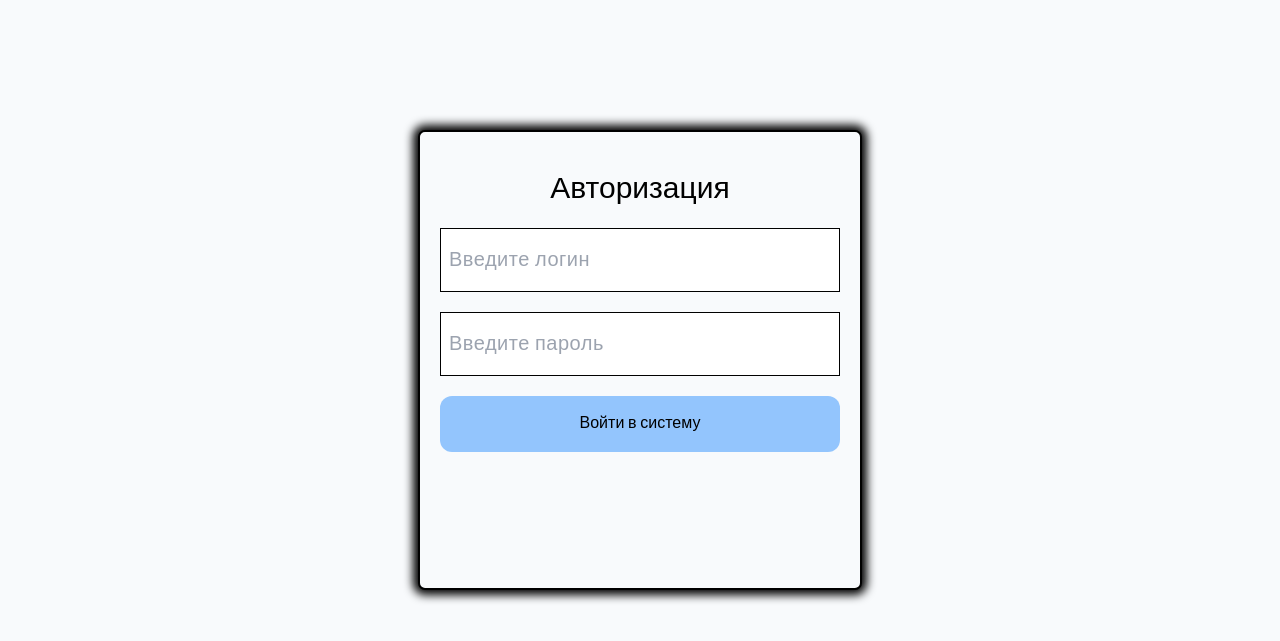
Repository: AlearvickOne/CartridgesApp
Page: /
An editor plug-in stored every save of this project. The page is shown before and after the next save, followed by the edit.
The browser window is 1280 px wide. The pictures show the whole page.
The page's requests for data from a server got no answer. The project was rebuilt for these pictures with package versions that can differ from the ones it lists, and the page was loaded fresh each time. The framework's server and built-in components were replaced by stand-ins that run in the browser. No one was signed in, and anything a server would have sent is missing. Also part of the build but not shown: next.config.mjs.

Above is the page before, as saved 2024-04-19 16:01:13.

After the next save:
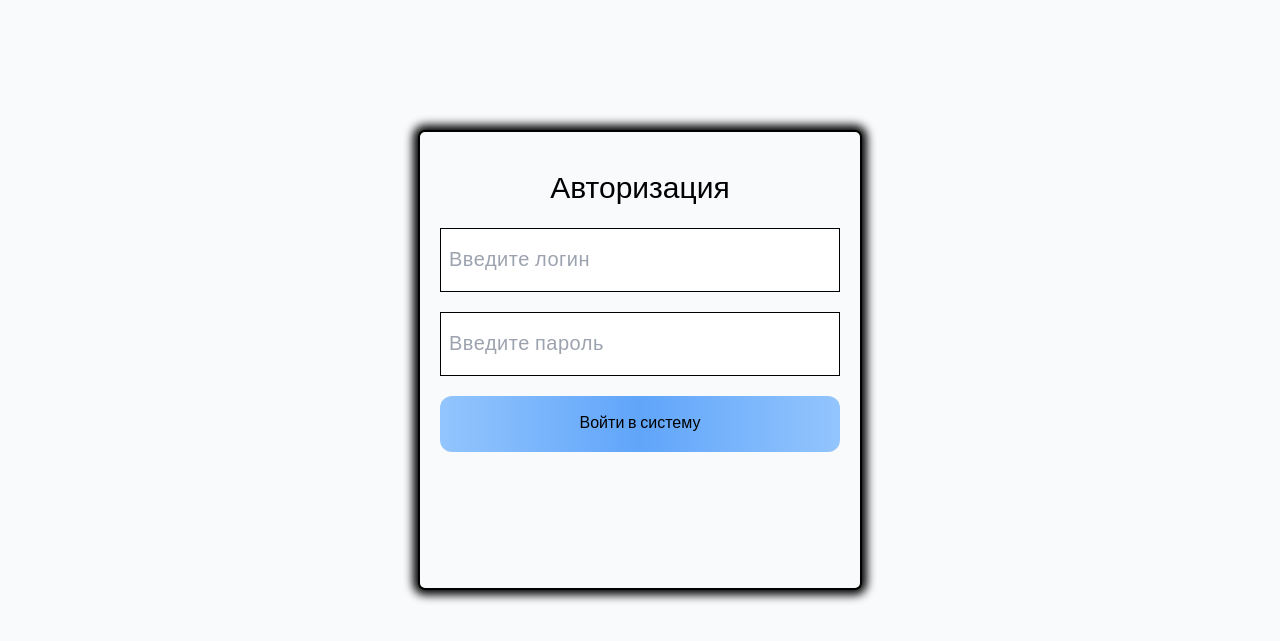
Saved 6 s later.
--- a/src/styles/home/Home.module.scss
+++ b/src/styles/home/Home.module.scss
@@ -16,7 +16,7 @@
       }
 
       > button {
-        @apply p-2 rounded-xl hover:text-violet-200 text-black h-14 bg-gradient-to-r from-blue-300 via-blue-300 to-blue-300;
+        @apply p-2 rounded-xl hover:text-violet-200 text-black h-14 bg-gradient-to-r from-blue-300 via-blue-400 to-blue-300;
       }
     }
   }
